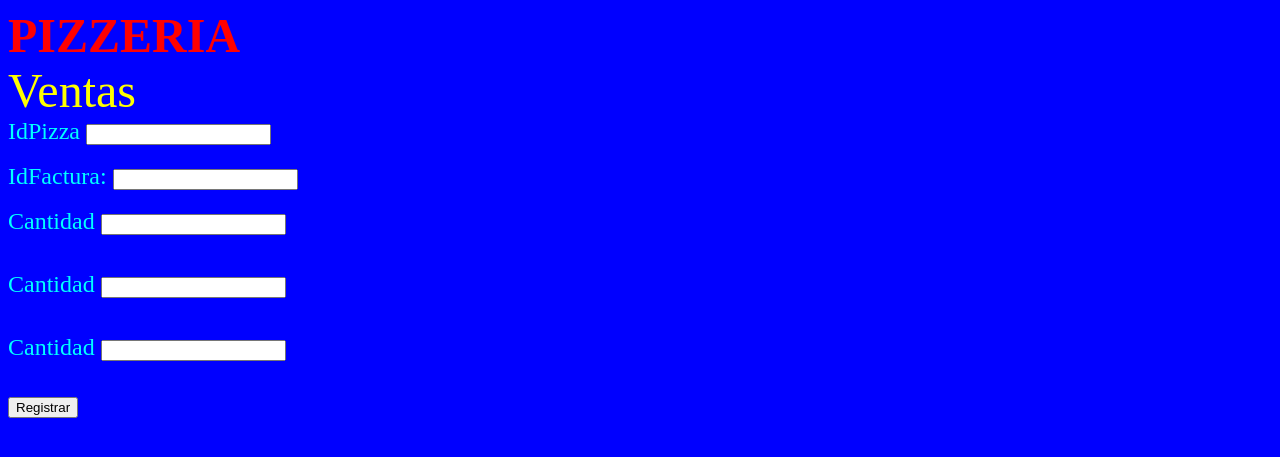
Repository: kaoxen/Cloud9
Page: restauranteapp/workspace/ventas.html
The author's editor kept a record of every edit. The page is drawn from the files as they stood at one moment, then again after the next edit.
The browser window is 1280 px wide. The pictures show the whole page.

Above is the page before.

### restauranteapp/workspace/ventas.html
<html>
<head></head>

<body bgcolor="blue" >





<form action="formfactura.php" method="POST" NAME="form" >
    <font color="red" size=10> <strong> PIZZERIA</strong> </font> </br>
    <font color="yellow" size=8>  Ventas  </font> </br>
<font color="aqua" size=5>     IdPizza   </font>    <input type="int" name="Idpizza">  </br>
</br>

 <font  color="aqua" size=5>   IdFactura: </font>      <input type="int" name="Idfactura"> </br>
</br>

<font color="aqua" size=5>    Cantidad </font>      <input type="int" name="cantidad"></br>
</br>

</br>
<font color="aqua" size=5>    Cantidad </font>      <input type="int" name="cantidad"></br>

</br>

</br>
<font color="aqua" size=5>    Cantidad </font>      <input type="int" name="cantidad"></br>

</br>
</br>

<input type="submit" value="Registrar"> </br>



</form>

</font>
</body>
</html>

After the next edit:
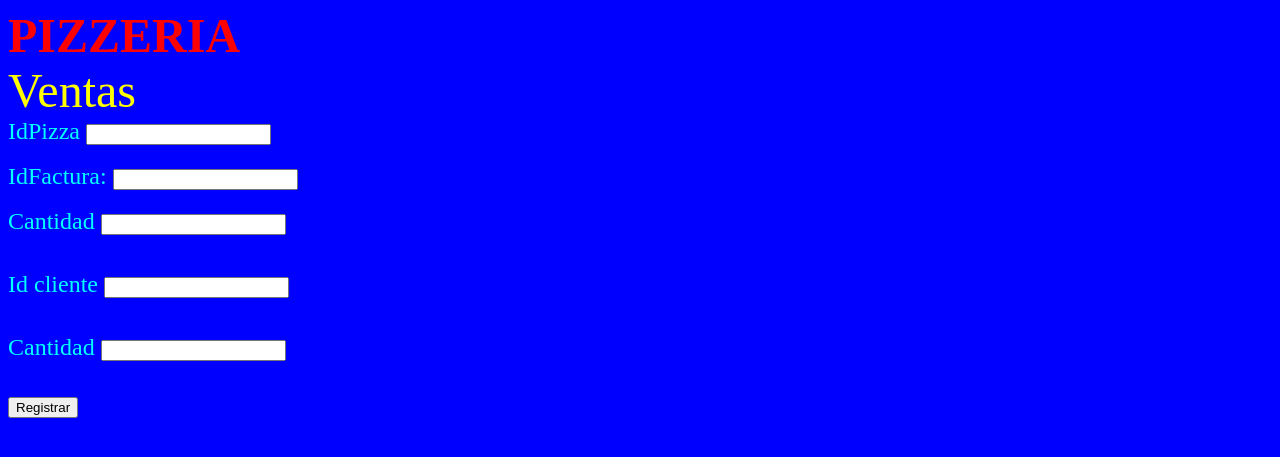
The edit:
--- a/restauranteapp/workspace/ventas.html
+++ b/restauranteapp/workspace/ventas.html
@@ -20,7 +20,7 @@
 </br>
 
 </br>
-<font color="aqua" size=5>    Cantidad </font>      <input type="int" name="cantidad"></br>
+<font color="aqua" size=5>    Id cliente </font>      <input type="int" name="Idcliente"></br>
 
 </br>
 
